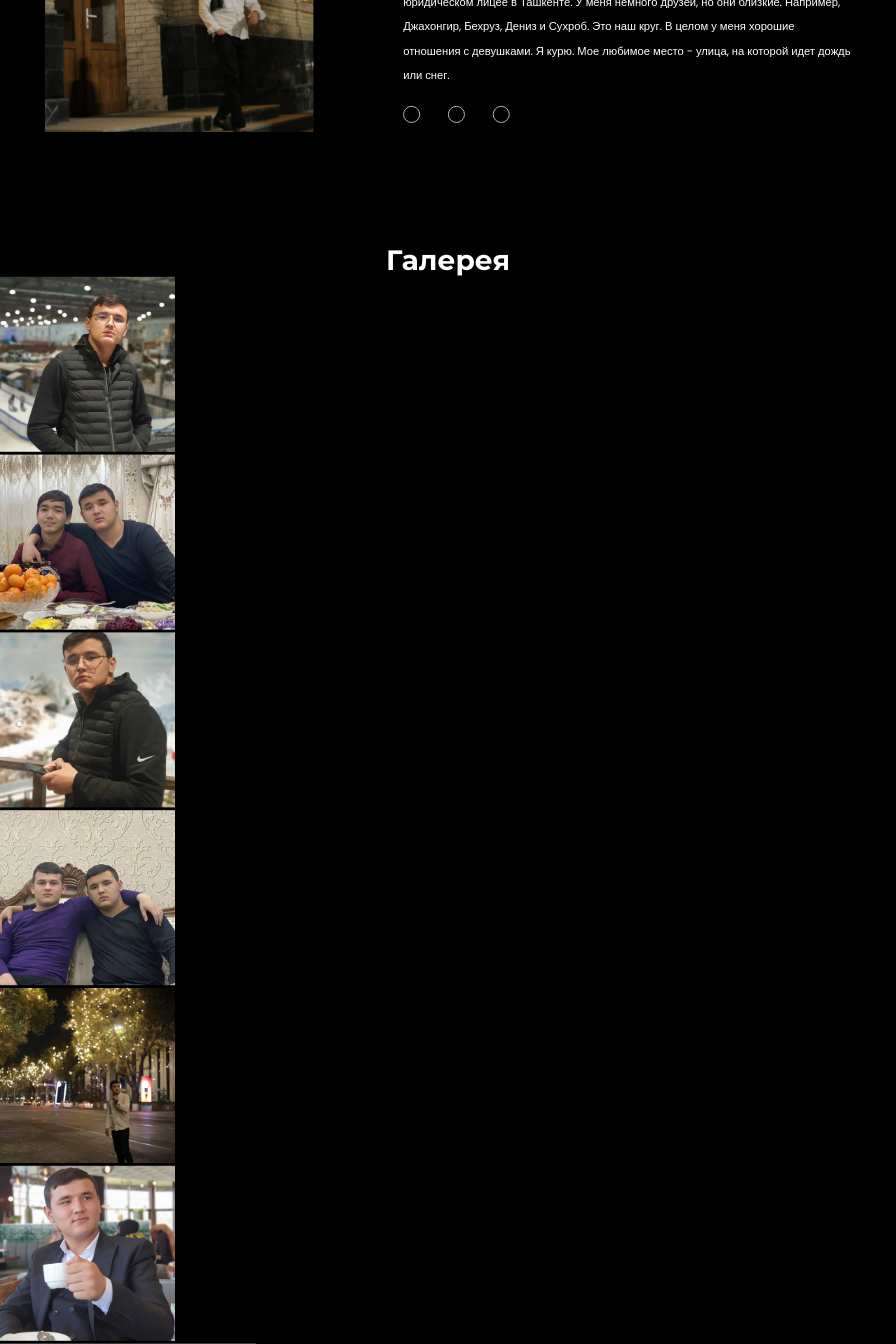
Repository: sardorexe/xishnik
Page: /
These files come from the project's save history. The page is drawn as it stood at one moment and after the next save; the edit follows.
The browser window is 1280 px wide. The pictures show the part of the page from y = 1148 to 3068 px (the page is 3068 px tall), at 70% of full size.
Some icons come from a web library that is not loaded, so they are not drawn. Some web libraries are served in a nearby version. The project was rebuilt for these pictures with package versions that can differ from the ones it lists, and the page was loaded fresh each time. Some packages were replaced by stand-ins written for this rebuild. The framework's server and built-in components were replaced by stand-ins that run in the browser. Also part of the build but not shown: next.config.js.

Above is the page before, as saved 2021-09-27 21:26:50.

### pages/_app.js
import "../styles/globals.css";
import Layout from "../comps/layout";
import Head from "next/head";

function MyApp({ Component, pageProps }) {
  return (
    <>
      <Head>
        <link
          rel="stylesheet"
          href="https://pro.fontawesome.com/releases/v5.10.0/css/all.css"
          integrity="sha384-AYmEC3Yw5cVb3ZcuHtOA93w35dYTsvhLPVnYs9eStHfGJvOvKxVfELGroGkvsg+p"
          crossorigin="anonymous"
        />
      </Head>
      <Layout>
        <Component {...pageProps} />
      </Layout>
    </>
  );
}

export default MyApp;

### pages/_document.js
import Document, { Html, Head, Main, NextScript } from "next/document";

class MyDocument extends Document {
  static async getInitialProps(ctx) {
    const initialProps = await Document.getInitialProps(ctx);
    return { ...initialProps };
  }

  render() {
    return (
      <Html lang="en">
        <Head />
        <body>
          <Main />
          <NextScript />
        </body>
      </Html>
    );
  }
}

export default MyDocument

### pages/index.js
import Head from "next/head";
import Biography from "../comps/Biography";
import Gallery from "../comps/Gallery";
import Header from "../comps/Header";

export default function Home() {
  return (
    <>
      <Head>
        <title>Xishnik</title>
        <meta name="description" content="Xishnik gang bang" />
        <link rel="preconnect" href="https://fonts.googleapis.com" />
        <link rel="preconnect" href="https://fonts.gstatic.com" crossOrigin />
        <link
          href="https://fonts.googleapis.com/css2?family=Montserrat:wght@100;300;400;700&family=Poppins:wght@300;400;500;700&family=Quicksand:wght@700&display=swap&family=Racing+Sans+One&display=swap"
          rel="stylesheet"
        />
      </Head>
      <Header />
      <Biography />
      <Gallery />
    </>
  );
}

### styles/globals.css
::-webkit-scrollbar {
  display: none;
}

html,
body {
  padding: 0;
  margin: 0;
  font-family: -apple-system, BlinkMacSystemFont, Segoe UI, Roboto, Oxygen,
    Ubuntu, Cantarell, Fira Sans, Droid Sans, Helvetica Neue, sans-serif;
  box-sizing: border-box;
}

h1,
h2,
h3,
h4,
h5,
h6,
p {
  margin: 0;
  padding: 0;
}

a {
  color: inherit;
  text-decoration: none;
}

* {
  box-sizing: border-box;
}

### comps/layout.js
import Indicator from "./Indicator";

export default function Layout({ children }) {
  return (
    <>
      <Indicator />
      {children}
    </>
  );
}

### comps/Biography.js
import styles from "../styles/Biography.module.css";
import { useState, useEffect } from "react";
import AboutBox from "./miniComp/AboutBox";
import SocialMedia from "./miniComp/SocialMedia";

export default function Biography() {
  const [age, setAge] = useState(0);

  const calcAge = () => {
    let date = new Date();
    setAge(date.getFullYear() - 2004);
  };

  useEffect(() => {
    calcAge();
  }, []);

  return (
    <main className={styles.container}>
      <h1 className={styles.contentTitle}>Биография</h1>
      <div className={styles.parentContent}>
        <div className={styles.img}>
          <img
            src="/biography.jpg"
            width="100%"
            alt="xishnik, ilhom, xiwnik, hishnik, hiwnik, litsey, yurist, xorazm, gurlan"
          />
        </div>
        <div className={styles.content}>
          <h2>
            <li>Ильхaм Эгамберганов</li>
          </h2>
          <div className={styles.about}>
            <AboutBox
              icon="fal fa-calendar"
              title="Дата рождения"
              content="22.12.2004"
            />
            <AboutBox
              icon="fas fa-map-marker-alt"
              title="Место рождения"
              content="Хорезм, Узбекистан"
            />
            <AboutBox
              icon="fas fa-briefcase"
              title="Профессия"
              content="Юрист"
            />
          </div>
          <p className={styles.more}>
            Как дела? Я Ильхом. Я родился в Хорезме. Мне {age} лет. Реалист.
            Сейчас я учусь в юридическом лицее в Ташкенте. У меня немного
            друзей, но они близкие. Например, Джахонгир, Бехруз, Дениз и Сухроб.
            Это наш круг. В целом у меня хорошие отношения с девушками. Я курю.
            Мое любимое место - улица, на которой идет дождь или снег.
          </p>
          <div className={styles.social}>
            <SocialMedia
              icon="fab fa-instagram"
              url="https://instagram.com/xishnik_3583"
            />
            <SocialMedia icon="fas fa-phone" url="tel:+998974533583" />
            <SocialMedia
              icon="fab fa-telegram-plane"
              url="https://t.me/MR_ILKHAM"
            />
          </div>
        </div>
      </div>
      <div className={styles.freeContent}></div>
    </main>
  );
}

### comps/Gallery.js
import styles from "../styles/Gallery.module.css";

export default function Gallery() {
  return (
    <section className={styles.container}>
      <h1 className={styles.title}>Галерея</h1>
      <div className={styles.photos}>
        <div className={styles.photo}>
          <img
            src="/gallery1.jpg"
            alt="Xishnik jalla xishnik, ilhom, xiwnik, hishnik, hiwnik, litsey, yurist, xorazm, gurlan"
          />
        </div>
        <div className={styles.photo}>
          <img
            src="/gallery2.jpg"
            alt="Xishnik jalla xishnik, ilhom, xiwnik, hishnik, hiwnik, litsey, yurist, xorazm, gurlan"
          />
        </div>
        <div className={styles.photo}>
          <img
            src="/gallery3.jpg"
            alt="Xishnik jalla xishnik, ilhom, xiwnik, hishnik, hiwnik, litsey, yurist, xorazm, gurlan"
          />
        </div>
        <div className={styles.photo}>
          <img
            src="/gallery4.jpg"
            alt="Xishnik jalla xishnik, ilhom, xiwnik, hishnik, hiwnik, litsey, yurist, xorazm, gurlan"
          />
        </div>
        <div className={styles.photo}>
          <img
            src="/gallery5.jpg"
            alt="Xishnik jalla xishnik, ilhom, xiwnik, hishnik, hiwnik, litsey, yurist, xorazm, gurlan"
          />
        </div>
        <div className={styles.photo}>
          <img
            src="/gallery6.jpg"
            alt="Xishnik jalla xishnik, ilhom, xiwnik, hishnik, hiwnik, litsey, yurist, xorazm, gurlan"
          />
        </div>
      </div>
    </section>
  );
}

### comps/Header.js
import styles from "../styles/Home.module.css";

export default function Header() {
  return (
    <>
      <header className={styles.header}>
        <div className={styles.background}>
          <video
            loop
            muted
            autoPlay
            style={{
              objectFit: "cover",
              height: "100%",
              width: "40%",
              opacity: "0.6",
            }}
            src="/background.mp4"
          ></video>
        </div>
        <div className={styles.content}>
          <div className={styles.textContent}>
            <h1>XISHNIK GANG</h1>
            <li> -- Я получу всё что хочу</li>
          </div>
        </div>
      </header>
    </>
  );
}

### comps/Indicator.js
import { useState, useEffect } from "react";

export default function Indicator() {
  const [width, setWidth] = useState(0);
  const watchScrolling = () => {
    let winScroll =
      document.body.scrollTop || document.documentElement.scrollTop;
    let height =
      document.documentElement.scrollHeight -
      document.documentElement.clientHeight;
    let scrolled = (winScroll / height) * 100;
    setWidth(scrolled);
  };

  useEffect(() => {
    window.onscroll = function () {
      watchScrolling();
    };
  }, [width]);

  return (
    <>
      <div className="indicator"></div>
      <style jsx>{`
        .indicator {
          position: fixed;
          top: 0;
          left: 0;
          width: ${width}%;
          height: 4px;
          background: #fff;
          z-index: 99999999;
        }
      `}</style>
    </>
  );
}

### styles/Biography.module.css
.container {
  background: #000;
  display: flex;
  flex-direction: column;
  justify-content: space-between;
  align-items: center;
  color: #fff;
  min-height: 100vh;
}

.contentTitle {
  font-family: "Montserrat", sans-serif;
  font-weight: bold;
  margin-top: 55px;
  font-size: 40px;
}

.parentContent {
  display: flex;
  flex-direction: row;
  justify-content: space-around;
  width: 100%;
}

.content {
  display: flex;
  flex-direction: column;
  align-items: flex-start;
  justify-content: space-around;
  width: 50%;
}

.content h2 {
  margin-bottom: 40px;
}

.img {
  overflow: hidden;
  width: 30%;
}

.img img {
  width: 100%;
  height: 100%;
  object-fit: cover;
}

.about {
  display: flex;
  flex-direction: row;
  align-items: center;
  justify-content: space-between;
  flex-wrap: wrap;
}

.more {
  font-family: "Poppins", sans-serif;
  font-weight: medium;
  line-height: 35px;
}

.social {
  display: flex;
  flex-direction: row;
  align-items: flex-start;
}

.freeContent {
  margin-top: 15px;
}

### comps/miniComp/AboutBox.js
export default function AboutBox({ icon, title, content }) {
  return (
    <>
      <div className="aboutBox">
        <div className="icon">
          <i className={icon}></i>
        </div>
        <div className="text">
          <p className="title">{title}</p>
          <p className="content">{content}</p>
        </div>
      </div>
      <style jsx>{`
        .aboutBox {
          display: flex;
          flex-direction: row;
          align-items: center;
          justify-content: center;
          margin: 0 10px 10px 0;
        }

        .icon {
          display: flex;
          align-items: center;
          justify-content: center;
          margin-right: 10px;
          padding: 10px;
          border-right: 1px solid #fff;
        }

        .title {
          font-family: "Montserrat", sans-serif;
          color: #5a5a5a;
        }

        .content {
          font-family: "Poppins", sans-serif;
          font-weight: bold;
        }

        .icon i {
          color: #fff;
        }
      `}</style>
    </>
  );
}

### comps/miniComp/SocialMedia.js
import styles from "../../styles/Social.module.css";
import Link from "next/link";

export default function SocialMedia({ icon, url }) {
  return (
    <Link href={url}>
      <a className={styles.button} target="_blank">
        <span className={styles.background}></span>
        <i className={icon}></i>
      </a>
    </Link>
  );
}

### styles/Gallery.module.css
.container {
  min-height: 100vh;
  background: #000;
  color: #fff;
  display: flex;
  flex-direction: column;

}

.title {
  font-family: "Montserrat", sans-serif;
  font-weight: bold;
  padding-top: 55px;
  font-size: 40px;
  text-align: center;
}

.photos {
  width: 90%;
}

### styles/Home.module.css
.header {
  background-color: #000;
  height: 100vh;
  display: flex;
  justify-content: center;
  align-items: center;
}

.background {
  width: 80%;
  height: 100vh;
  position: absolute;
  top: 0;
  left: 0;
}

.content {
  margin-left: 80px;
  width: 60%;
  height: 100%;
  z-index: 9999;
  display: flex;
  justify-content: center;
  align-items: center;
  background: rgb(0, 0, 0);
}

.content h1 {
  font-family: 'Racing Sans One', cursive;
  font-size: 46px;
  margin: 0;
  font-weight: 700;
  z-index: 9999;
  color: #fff;
}

.content li {
  color: rgba(255, 255, 255, 0.527);
  font-family: 'Inter', sans-serif;
  font-weight: lighter;
}

### styles/Social.module.css
.button {
  position: relative;
  border: 1px solid #fff;
  padding: 11px;
  display: flex;
  justify-content: center;
  align-items: center;
  border-radius: 50px;
  overflow: hidden;
  margin-right: 40px;
}

.background {
  position: absolute;
  top: 0;
  left: 0;
  width: 100%;
  height: 100%;
  background-color: #fff;
  transform: scaleY(0);
  transform-origin: top center;
  transition: transform 0.3s cubic-bezier(0.445, 0.05, 0.55, 0.95);
}

.button:hover .background {
  transform-origin: bottom center;
  transform: scaleY(1);
}

.button i {
  color: #fff;
  z-index: 1;
  font-size: 20px;
  transition: color 0.3s ease;
}

.button:hover i {
    color: #000;
}

After the next save:
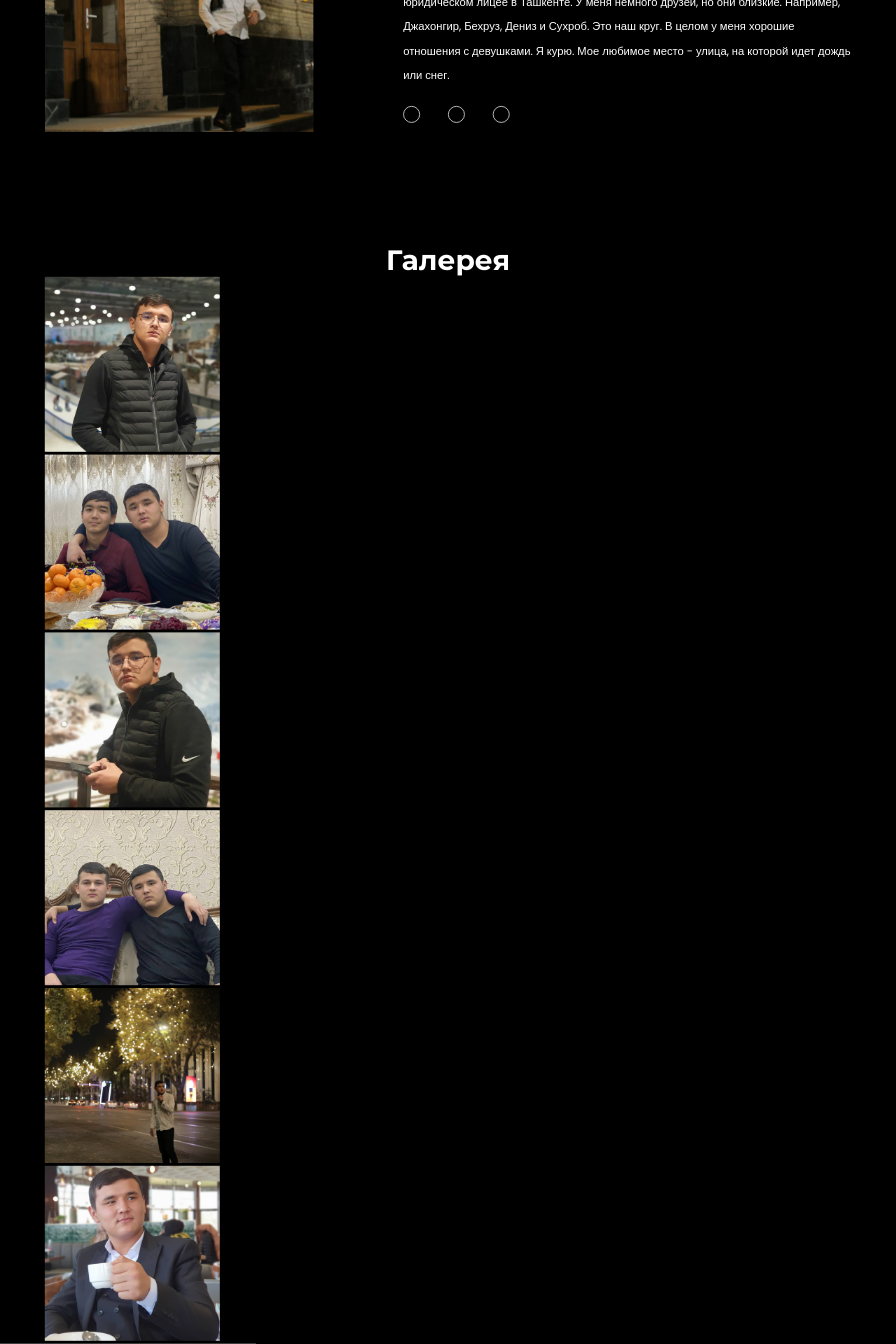
Saved 7 s later.
--- a/styles/Gallery.module.css
+++ b/styles/Gallery.module.css
@@ -4,7 +4,8 @@
   color: #fff;
   display: flex;
   flex-direction: column;
-
+  align-items: center;
+  justify-content: st;
 }
 
 .title {
